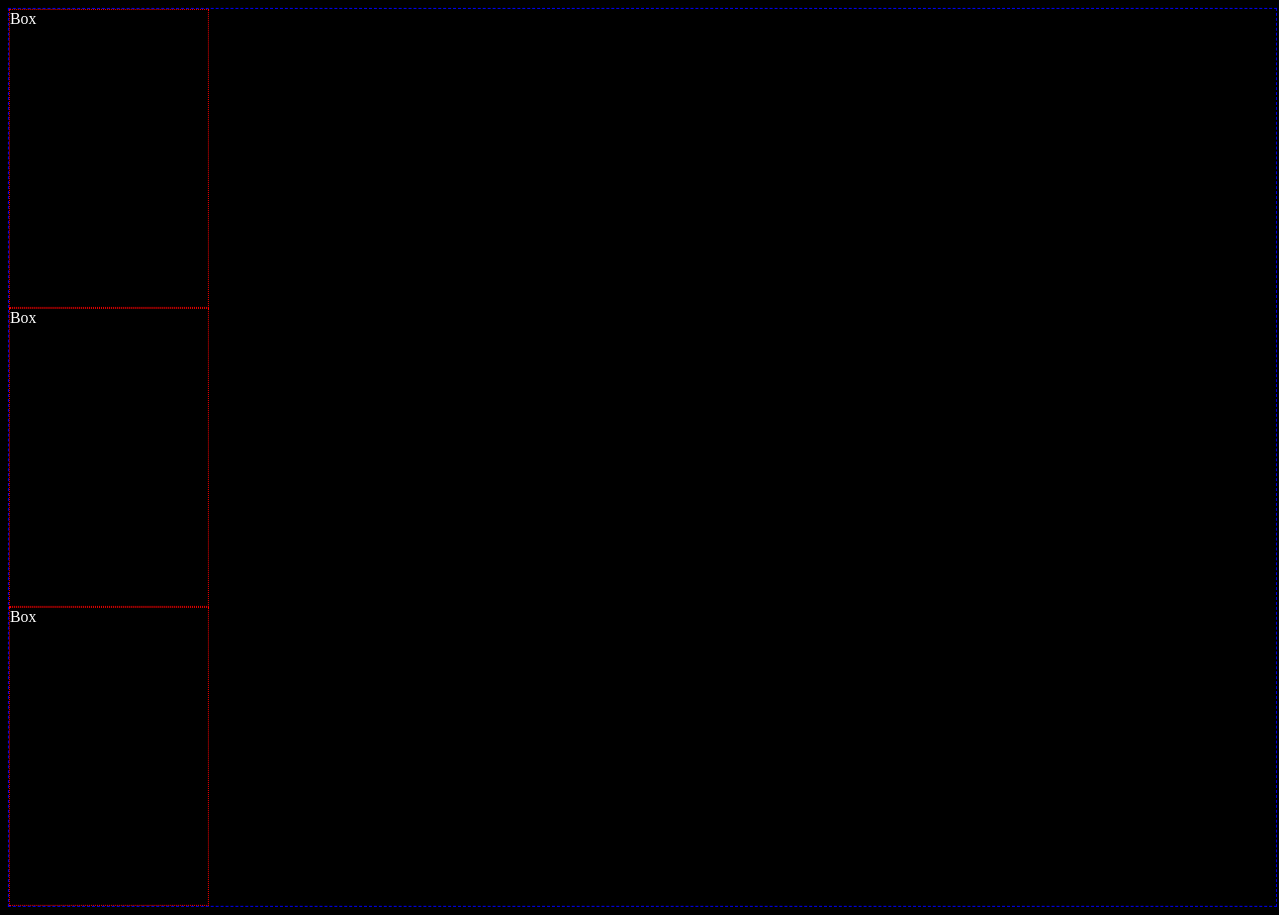
Repository: burnsco/social-editor
Page: index.html
These files come from the project's save history. The page is drawn as it stood at one moment and after the next save; the edit follows.
The browser window is 1280 px wide. The page is 1290 px wide, then 1292 px, so the pictures cover 1292 px, including what lies to the right of the window. The pictures show the whole page, at 99% of full size.

Above is the page before, as saved 2024-01-08 08:06:52.

### index.html
<!DOCTYPE html>
<html lang="en">

<head>
  <meta charset="UTF-8">
  <meta name="viewport" content="width=device-width, initial-scale=1.0">
  <title>SocialEditor -- Simple editor to create and publish social media posts</title>
  <link rel="stylesheet" href="index.css">
</head>

<body>

  <main class="main-container">

    <div class="box">
      Box
    </div>

    <div class="box">
      Box
    </div>

    <div class="box">
      Box
    </div>

  </main>


</body>

</html>

### index.css
body {
  background-color: black;
  color: white;
}

.main-container {
  border: 1px dashed blue;
  width: 100vw;
  display: flex;
  flex-direction: column;
}

.box {
  width: 200px;
  height: 300px;
  border: 1px dotted red;
}

After the next save:
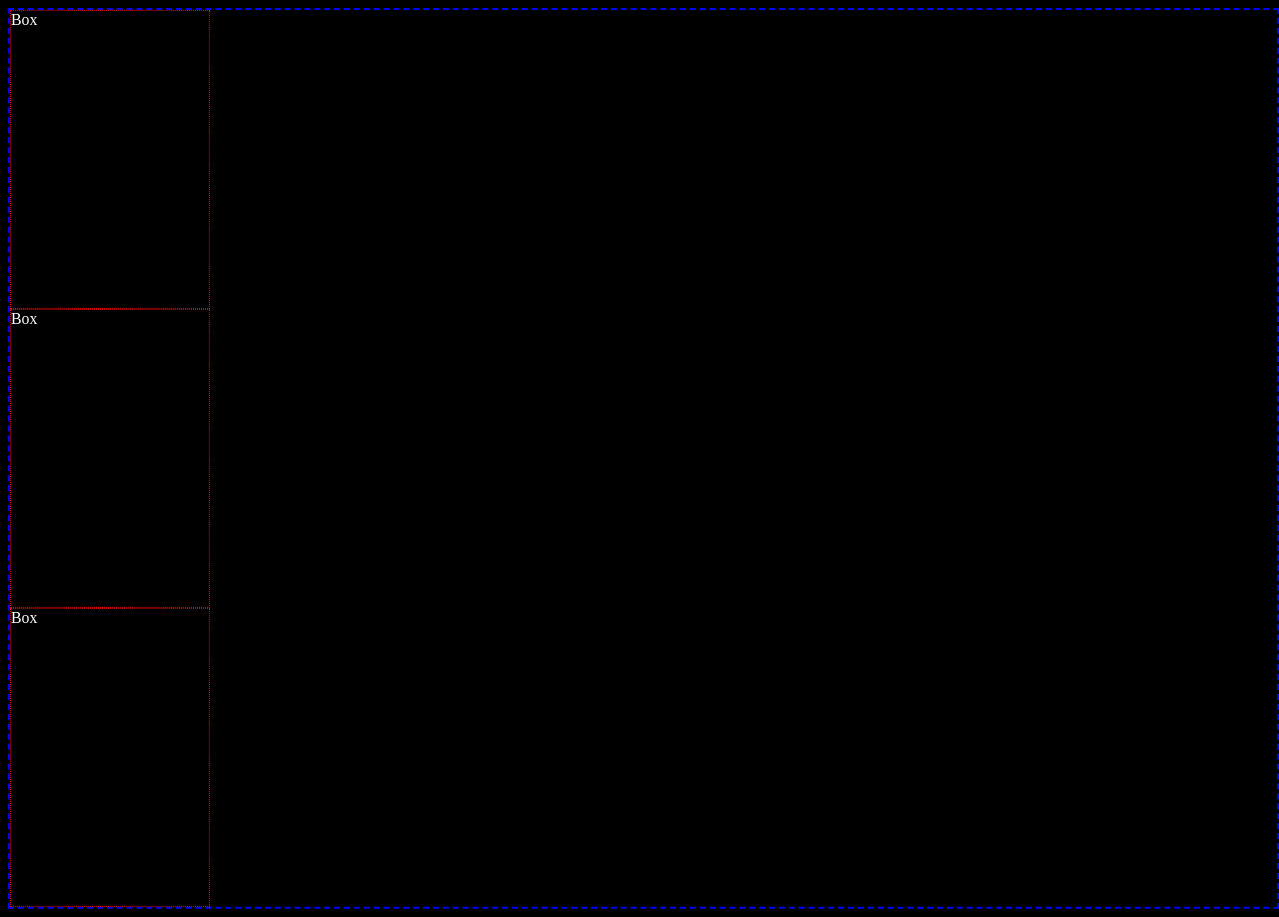
Saved 4 s later.
--- a/index.css
+++ b/index.css
@@ -4,7 +4,7 @@ body {
 }
 
 .main-container {
-  border: 1px dashed blue;
+  border: 2px dashed blue;
   width: 100vw;
   display: flex;
   flex-direction: column;
